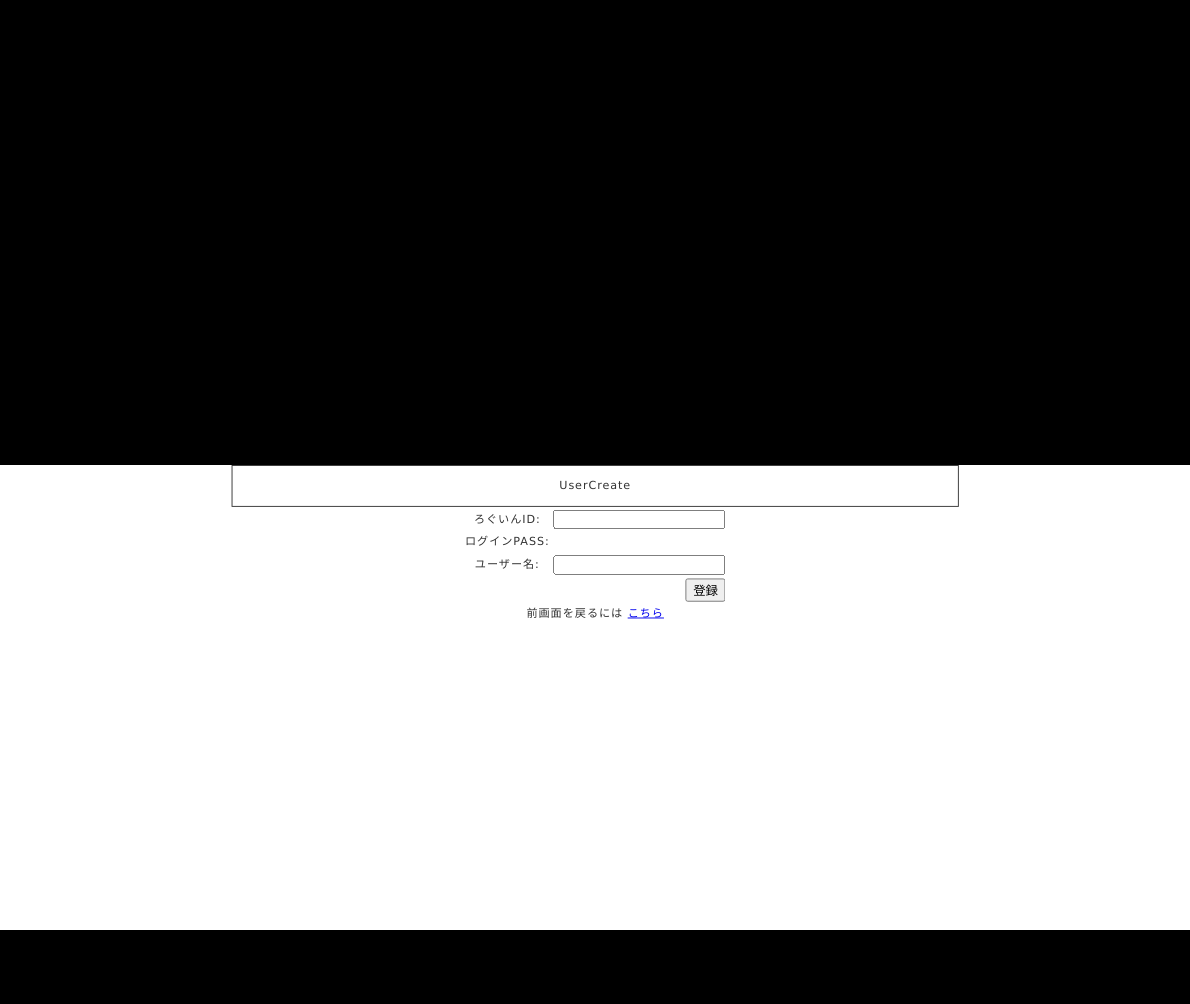
Repository: ryuhei0204/test
Page: http://localhost/ecsite02/userCreate.jsp
The author's editor kept a copy of each file at every save. The page is drawn from the files as they stood at one save, then again after the next save.
The browser window is 1280 px wide. The pictures show the whole page, at 93% of full size.
The page is served by Tomcat 9. Other server files are loaded and not shown.

Above is the page before, as saved 2019-05-21 07:04:55.

### ecsite02/WebContent/userCreate.jsp
<%@ page language="java" contentType="text/html; charset=UTF-8"
    pageEncoding="UTF-8"%>
<%@ taglib prefix="s" uri="/struts-tags" %>
<!DOCTYPE html>
<html>
<head>
<meta  http-equiv="Content-Type" content="text/html; charset=UTF-8"/>
<meta  http-equiv="Content-Style-Type" content="text/css"/>
<meta  http-equiv="Content-Script-Type" content="text/javascript"/>
<meta  http-equiv="imagetoolbar" content="no"/>
<meta name="description" content=""/>
<meta name="keywords" content=""/>
<title>UserCreate画面</title>

<style type="text/css">

  body{
    margin:0;
    padding:0;
    line-height:1.6;
    letter-spacing:1px;
    font-family:Verdana,Helvetica,sans-serif;
    font-size:12px;
    color:#333;
    background:#fff;
  }

  table{
    text-align:center;
    margin:0 auto;
  }


  #top{
    width:780px;
    margin:0 auto;
    border:1px solid #333;
  }

  #header{
    width:100%;
    height:500px;
    background-color:black;
  }

  #main{
    width:100%;
    height:500px;
    text-align:center;
  }

  #footer{
    width:100%;
    height:80px;
    background-color:black;
    clear:both;
  }
</style>
</head>
<body>
   <div id="header">
      <div id="pr">
      </div>
   </div>
   <div id="main">
      <div id="top">
         <p>UserCreate</p>
      </div>
      <div>
         <s:if test="errorMessage !=''">
            <s:property value="errorMessage" escape="false"/>
         </s:if>
         <table>
         <s:form action="UserCreateConfirmAction">
            <tr>
               <td>
                  <label>ろぐいんID:</label>
               </td>
               <td>
                  <input type="text" name="loginUserId" value=""/>
               </td>
            </tr>
            <tr>
               <td>
                  <label>ログインPASS:</label>
               </td>
            </tr>
            <tr>
               <td>
                  <label>ユーザー名:</label>
               </td>
               <td>
                  <input type="text" name="userName" value=""/>
               </td>
            </tr>
            <s:submit value="登録"/>
         </s:form>
         </table>
         <div>
            <span>前画面を戻るには</span>
            <a href='<s:url action="HomeAction"/>'>こちら</a>
         </div>
      </div>
   </div>
   <div id="footer">
      <div id="pr">
      </div>
   </div>
</body>
</html>

After the next save:
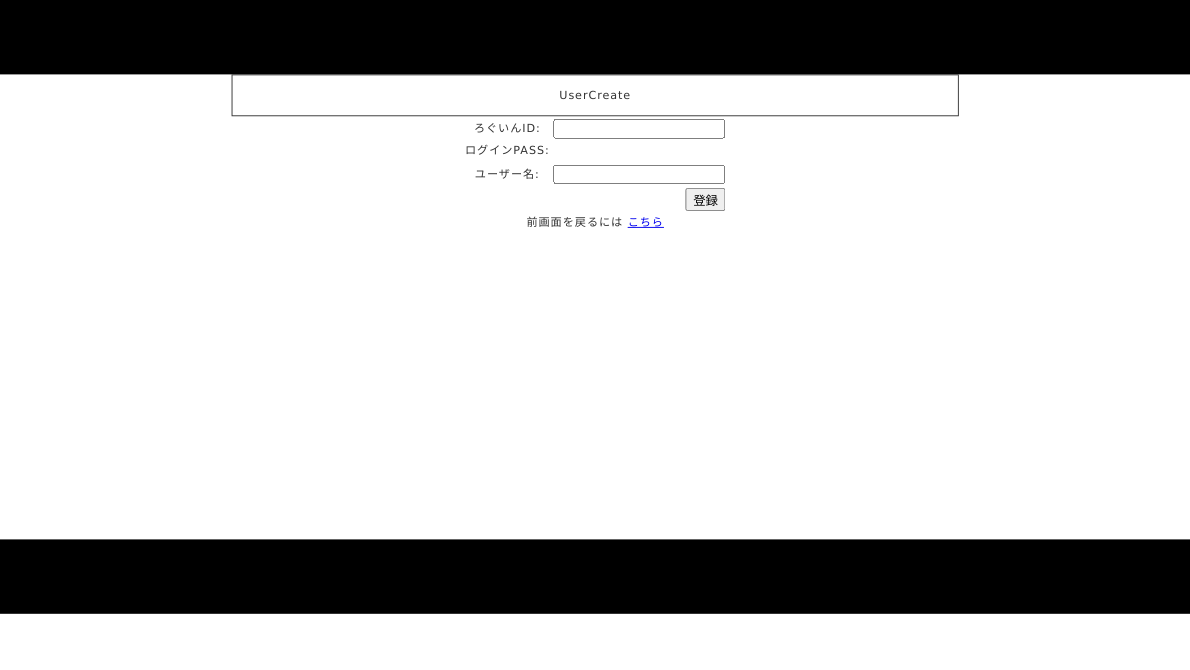
Saved 85 s later.
--- a/ecsite02/WebContent/userCreate.jsp
+++ b/ecsite02/WebContent/userCreate.jsp
@@ -39,7 +39,7 @@
 
   #header{
     width:100%;
-    height:500px;
+    height:80px;
     background-color:black;
   }
 
